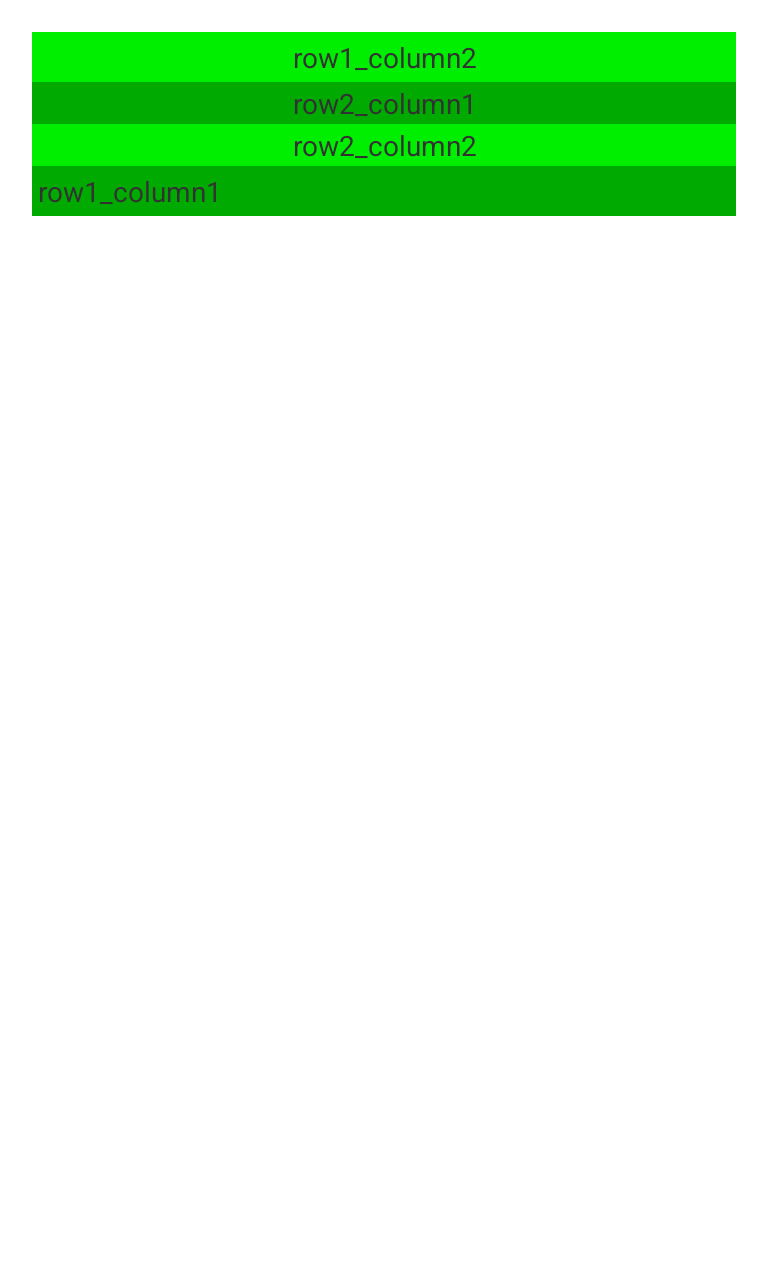
Repository: HouJun11220033/Android
Layout: Layout_02/res/layout/main.xml
The author's editor kept a copy of each file at every save. The layout is drawn from the files as they stood at one save, then again after the next save.
It is drawn on a 768 x 1280 px phone screen (xhdpi) without system bars, with theme AppTheme; the app's code is not run.

Above is the layout before, as saved 2016-09-15 13:39:02.

After the next save:
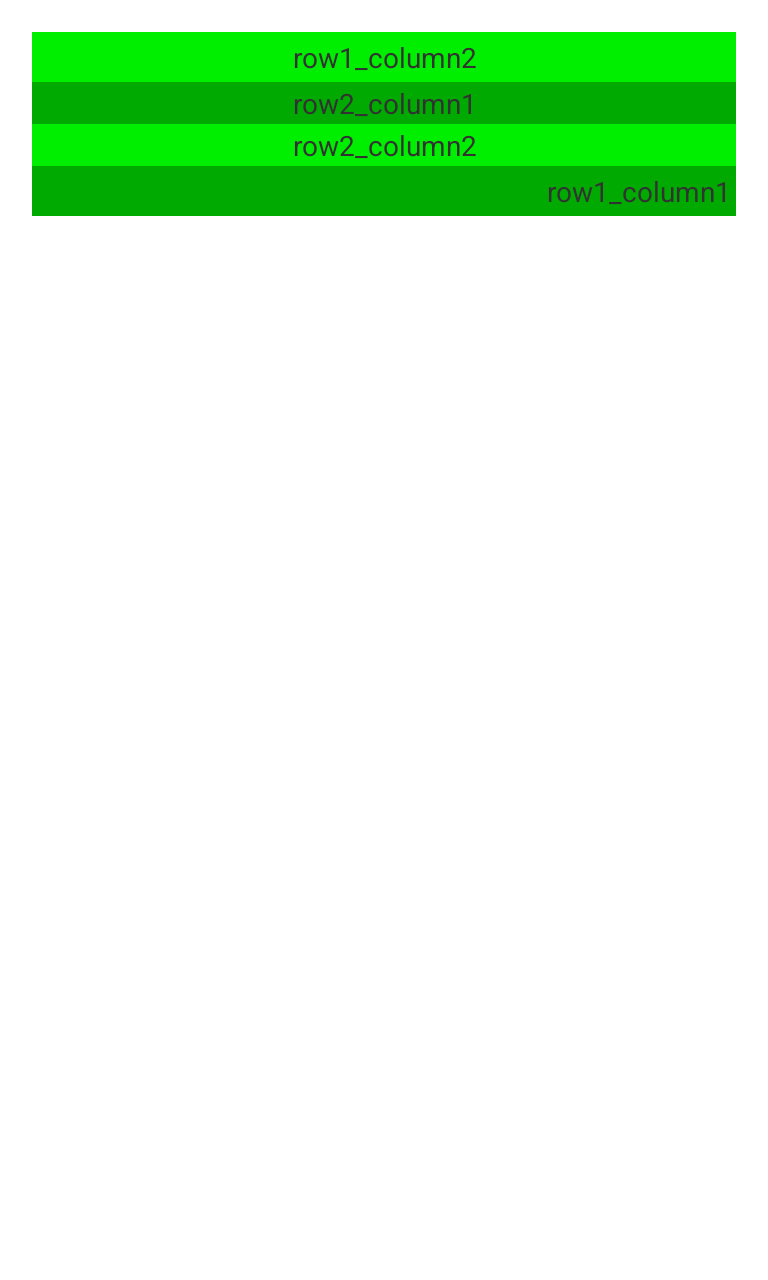
Saved 39 s later.
--- a/Layout_02/res/layout/main.xml
+++ b/Layout_02/res/layout/main.xml
@@ -34,7 +34,7 @@
 
     <TextView
         android:background="#00aa00"
-        android:gravity="center_vertical"
+        android:gravity="right"
         android:padding="3dip"
         android:text="@string/row1_column1" />
 
